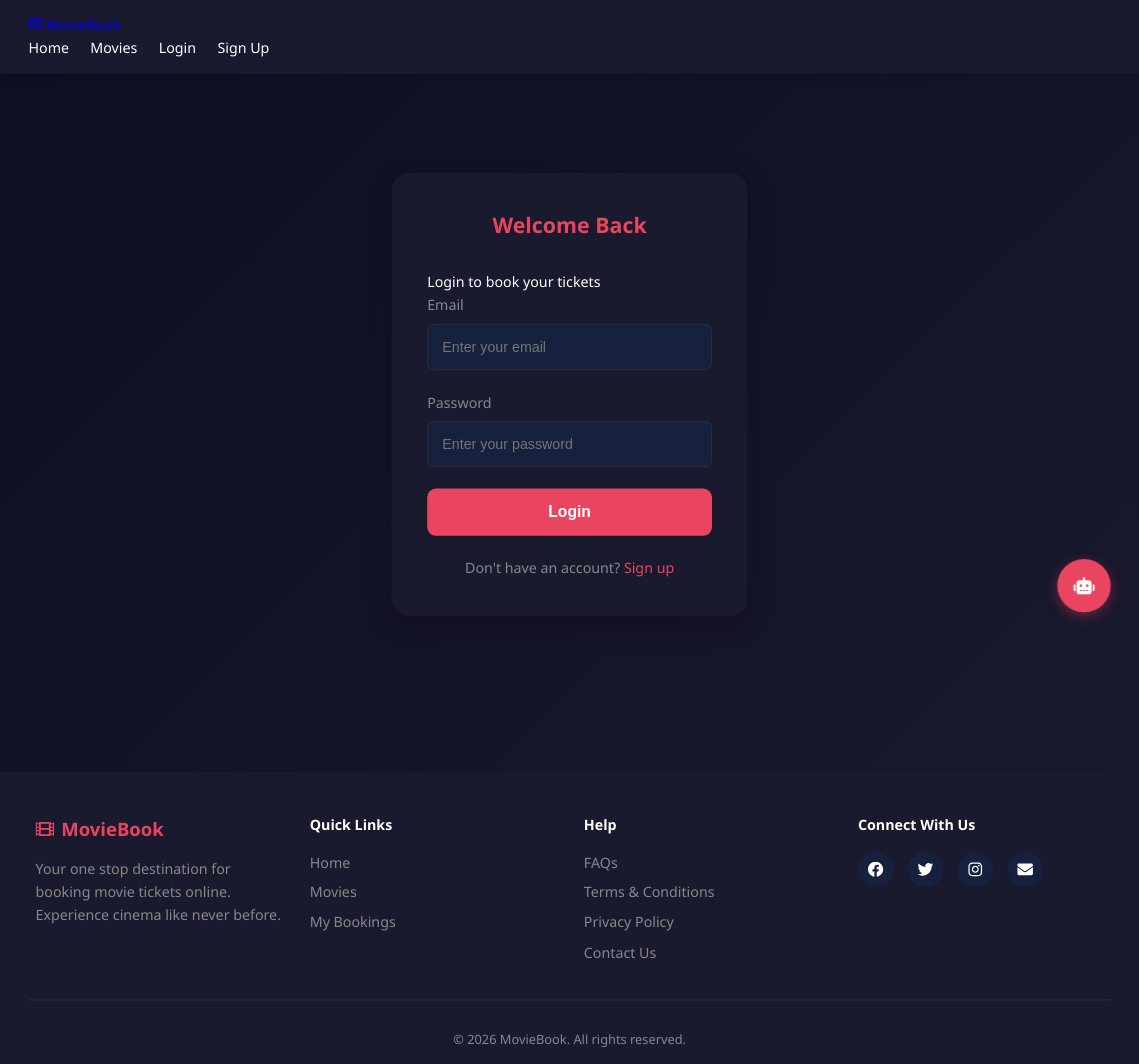
Repository: adithya11sci/movie_ticket_bookings
Page: /login (app in frontend/)
These files come from the project's save history. The page is drawn as it stood at one moment and after the next save; the edit follows.
The browser window is 1280 px wide. The pictures show the whole page, at 89% of full size.
The project was rebuilt for these pictures with package versions that can differ from the ones it lists, and the page was loaded fresh each time. Also part of the build but not shown: frontend/vite.config.js, frontend/src/components/MovieCard.css, frontend/src/components/MovieCard.jsx, frontend/src/pages/Home.css, frontend/src/pages/Home.jsx, frontend/src/pages/Movies.css, frontend/src/pages/Movies.jsx, frontend/src/pages/Register.jsx and 17 more.

Above is the page before, as saved 2026-02-02 12:15:39.

After the next save:
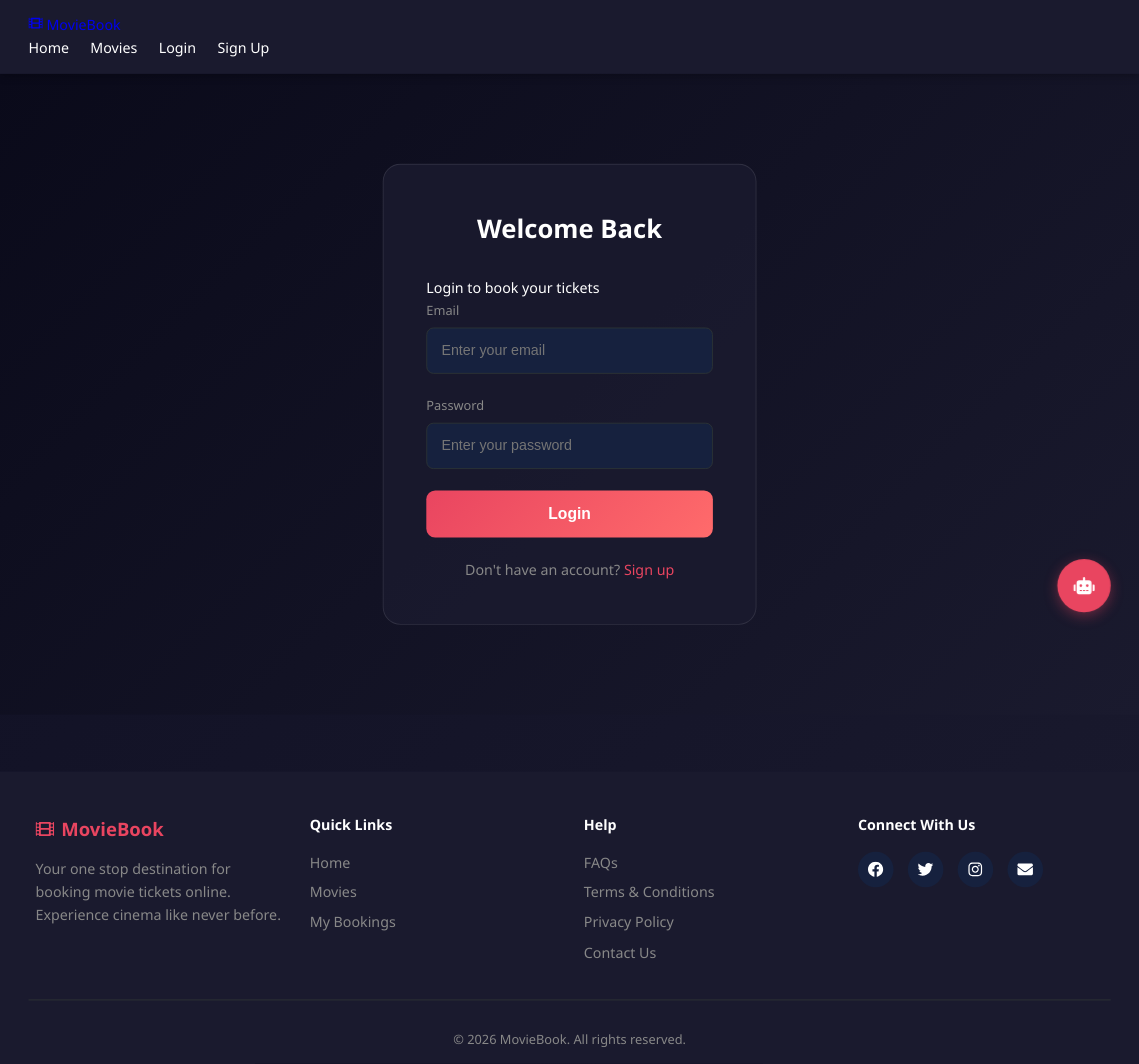
Saved 4 s later.
--- a/frontend/src/pages/Auth.css
+++ b/frontend/src/pages/Auth.css
@@ -4,21 +4,23 @@
     align-items: center;
     justify-content: center;
     padding: 2rem;
+    background: linear-gradient(135deg, #0a0a1a 0%, #1a1a2e 100%);
 }
 
 .auth-container {
-    background: #1a1a2e;
-    padding: 2.5rem;
+    background: rgba(26, 26, 46, 0.95);
+    padding: 3rem;
     border-radius: 20px;
     width: 100%;
-    max-width: 400px;
-    box-shadow: 0 10px 30px rgba(0, 0, 0, 0.3);
+    max-width: 420px;
+    border: 1px solid rgba(255, 255, 255, 0.1);
 }
 
 .auth-container h2 {
+    color: #fff;
     text-align: center;
     margin-bottom: 2rem;
-    color: #e94560;
+    font-size: 1.8rem;
 }
 
 .form-group {
@@ -27,45 +29,44 @@
 
 .form-group label {
     display: block;
+    color: #ccc;
     margin-bottom: 0.5rem;
-    color: #888;
+    font-size: 0.9rem;
 }
 
 .form-group input {
     width: 100%;
     padding: 1rem;
-    border: 1px solid #2d3436;
+    border: 1px solid rgba(255, 255, 255, 0.1);
     border-radius: 10px;
-    background: #16213e;
+    background: rgba(255, 255, 255, 0.05);
     color: #fff;
     font-size: 1rem;
+    transition: all 0.3s ease;
 }
 
 .form-group input:focus {
     outline: none;
     border-color: #e94560;
+    box-shadow: 0 0 20px rgba(233, 69, 96, 0.2);
 }
 
 .auth-btn {
     width: 100%;
     padding: 1rem;
-    background: #e94560;
+    background: linear-gradient(135deg, #e94560, #ff6b6b);
     color: #fff;
     border: none;
     border-radius: 10px;
     font-size: 1.1rem;
-    font-weight: bold;
+    font-weight: 600;
     cursor: pointer;
-    transition: background 0.3s;
+    transition: all 0.3s ease;
 }
 
 .auth-btn:hover {
-    background: #ff6b6b;
-}
-
-.auth-btn:disabled {
-    opacity: 0.7;
-    cursor: not-allowed;
+    transform: translateY(-2px);
+    box-shadow: 0 10px 30px rgba(233, 69, 96, 0.4);
 }
 
 .auth-link {
@@ -76,13 +77,9 @@
 
 .auth-link a {
     color: #e94560;
+    text-decoration: none;
 }
 
-.error-message {
-    background: rgba(233, 69, 96, 0.1);
-    color: #e94560;
-    padding: 1rem;
-    border-radius: 8px;
-    margin-bottom: 1rem;
-    text-align: center;
+.auth-link a:hover {
+    text-decoration: underline;
 }
